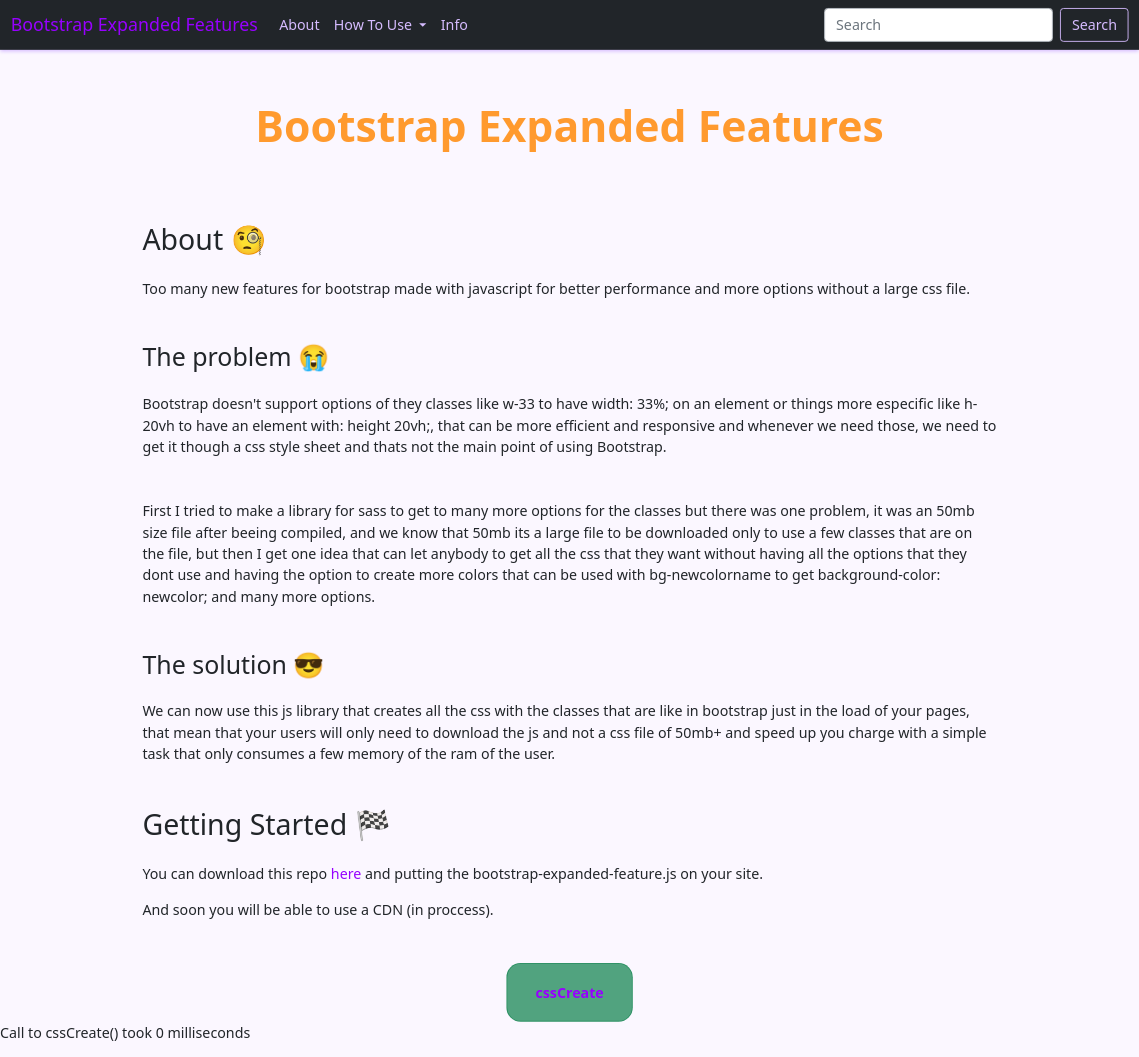
Repository: LynxPardelle/bootstrap-expanded-features
Page: index.html
These files come from the project's save history. The page is drawn as it stood at one moment and after the next save; the edit follows.
The browser window is 1280 px wide. The pictures show the whole page, at 89% of full size.

Above is the page before, as saved 2021-12-31 07:27:25.

### index.html
<!DOCTYPE html>
<html lang="es">
  <head>
    <meta charset="UTF-8" />
    <meta http-equiv="X-UA-Compatible" content="IE=edge" />
    <meta name="viewport" content="width=device-width, initial-scale=1.0" />
    <title>Bootstrap Expanded Features</title>
    <link
      href="https://cdn.jsdelivr.net/npm/bootstrap@5.1.3/dist/css/bootstrap.min.css"
      rel="stylesheet"
      integrity="sha384-1BmE4kWBq78iYhFldvKuhfTAU6auU8tT94WrHftjDbrCEXSU1oBoqyl2QvZ6jIW3"
      crossorigin="anonymous"
    />
    <link rel="stylesheet" href="./style.css" />
  </head>
  <body class="bef bef-bg-futurePop__OPA__0_03">
    <header>
      <nav
        class="
          navbar navbar-expand-lg navbar-dark
          bg-dark
          align-items-center
          bef
          bef-boxShadow-0px__2px__4px__lavender
          position-fixed
          top-0
          w-100
        "
      >
        <div class="container-fluid">
          <a class="navbar-brand bef bef-text-futurePop" href="#"
            >Bootstrap Expanded Features</a
          >
          <button
            class="navbar-toggler"
            type="button"
            data-bs-toggle="collapse"
            data-bs-target="#navbarSupportedContent"
            aria-controls="navbarSupportedContent"
            aria-expanded="false"
            aria-label="Toggle navigation"
          >
            <span class="navbar-toggler-icon"></span>
          </button>
          <div class="collapse navbar-collapse" id="navbarSupportedContent">
            <ul class="navbar-nav me-auto mb-lg-0">
              <li class="nav-item">
                <a class="nav-link bef bef-text-lavender" href="#about"
                  >About</a
                >
              </li>
              <li class="nav-item dropdown">
                <a
                  class="nav-link bef bef-text-lavender dropdown-toggle"
                  href="#howToUse"
                  id="navbarDropdown"
                  role="button"
                  data-bs-toggle="dropdown"
                  aria-expanded="false"
                >
                  How To Use
                </a>
                <ul
                  class="dropdown-menu dropdown-menu-dark"
                  aria-labelledby="navbarDropdown"
                >
                  <li>
                    <a class="dropdown-item bef bef-text-lavender" href="#"
                      >Action</a
                    >
                  </li>
                  <li>
                    <a class="dropdown-item bef bef-text-lavender" href="#"
                      >Another action</a
                    >
                  </li>
                  <li><hr class="dropdown-divider" /></li>
                  <li>
                    <a class="dropdown-item bef bef-text-lavender" href="#"
                      >Something else here</a
                    >
                  </li>
                </ul>
              </li>
              <li class="nav-item">
                <a class="nav-link bef bef-text-lavender" href="#Info">Info</a>
              </li>
            </ul>
            <form class="d-flex">
              <input
                id="searchInput"
                class="form-control me-2"
                type="search"
                placeholder="Search"
                aria-label="Search"
              />
              <button class="btn bef bef-btnOutline-lavender">Search</button>
            </form>
          </div>
        </div>
      </nav>

      <h1
        class="
          text-center
          d-block
          bef bef-w-85vw bef-w-md-75vw bef-fs-2rem bef-fs-md-3rem
          bef-m-7rem__auto__5rem
          bef-text-summer
          fw-bolder
        "
      >
        Bootstrap Expanded Features
      </h1>
    </header>

    <div>
      <main class="bef bef-w-85vw bef-wmx-1000px bef-w-md-75vw mx-auto">
        <section>
          <a id="about"></a>
          <h2>About 🧐</h2>
          <article>
            <p class="mt-4 mb-5 text-start">
              Too many new features for bootstrap made with javascript for
              better performance and more options without a large css file.
            </p>
          </article>
          <article>
            <h3>The problem 😭</h3>
            <p class="mt-4 mb-5 text-start">
              Bootstrap doesn't support options of they classes like w-33 to
              have width: 33%; on an element or things more especific like
              h-20vh to have an element with: height 20vh;, that can be more
              efficient and responsive and whenever we need those, we need to
              get it though a css style sheet and thats not the main point of
              using Bootstrap.
            </p>
            <p class="mt-4 mb-5 text-start">
              First I tried to make a library for sass to get to many more
              options for the classes but there was one problem, it was an 50mb
              size file after beeing compiled, and we know that 50mb its a large
              file to be downloaded only to use a few classes that are on the
              file, but then I get one idea that can let anybody to get all the
              css that they want without having all the options that they dont
              use and having the option to create more colors that can be used
              with bg-newcolorname to get background-color: newcolor; and many
              more options.
            </p>
          </article>
          <article>
            <h3>The solution 😎</h3>
            <p class="mt-4 mb-5 text-start">
              We can now use this js library that creates all the css with the
              classes that are like in bootstrap just in the load of your pages,
              that mean that your users will only need to download the js and
              not a css file of 50mb+ and speed up you charge with a simple task
              that only consumes a few memory of the ram of the user.
            </p>
          </article>
        </section>
        <section>
          <a id="getting_started"></a>
          <h2>Getting Started 🏁</h2>
          <article>
            <p class="mt-4 mb-3 text-start bef bef-link-futurePop">
              You can download this repo
              <a
                class="text-decoration-none"
                href="https://github.com/LynxPardelle/bootstrap-expanded-features.git"
                target="_blank"
                >here</a
              >
              and putting the bootstrap-expanded-feature.js on your site.
            </p>
            <p class="mt-3 mb-5 text-start bef bef-link-futurePop">
              And soon you will be able to use a CDN (in proccess).
            </p>
          </article>
        </section>
      </main>
      <aside></aside>
    </div>

    <footer>
      <a id="#info"></a>
      <button
        class="
          btn
          bef
          bef-btn-success__OPA__0_75
          bef-text-futurePop
          fw-bold
          d-block
          mx-auto
          bef-p-1_25rem__2rem
          bef-rounded-1rem
        "
        onclick="cssCreate()"
      >
        cssCreate
      </button>

      <div id="befTimer"></div>
    </footer>

    <!--
Classes:
w width
h height
wmx max-width
hmx max-height
wmn min-width
hmn min-height
rounded border-radius
z z-index
opacity opacity
top top
bottom bottom
end left
start right
fs font-size
lh line-height
gap gap
p padding
m margin
border border-width
borderStyle border-style

bg background-color
text color
link a color
borderColor border-color
btn background-color border-color box-shadow
btnOutline border-color box-shadow
boxShadow box-shadow
textShadow text-shadow

Sides:
s left
e right
t top
b bottom
x left & right
y top & bottom

BreakPoints:
sm 576
md 768
lg 992
xl 1200
xxl 1400
-->
    <script
      src="https://cdn.jsdelivr.net/npm/bootstrap@5.1.3/dist/js/bootstrap.bundle.min.js"
      integrity="sha384-ka7Sk0Gln4gmtz2MlQnikT1wXgYsOg+OMhuP+IlRH9sENBO0LRn5q+8nbTov4+1p"
      crossorigin="anonymous"
    ></script>
    <script>
      var colors = {
        monster: "#00AA00",
        futurePop: "#9700FF",
      };
    </script>
    <script src="./bootstrap-expanded-features.js"></script>
  </body>
</html>

Loaded but not shown: bootstrap-expanded-features.js (library); style.css (no stored copy; drawn as an empty file)

After the next save:
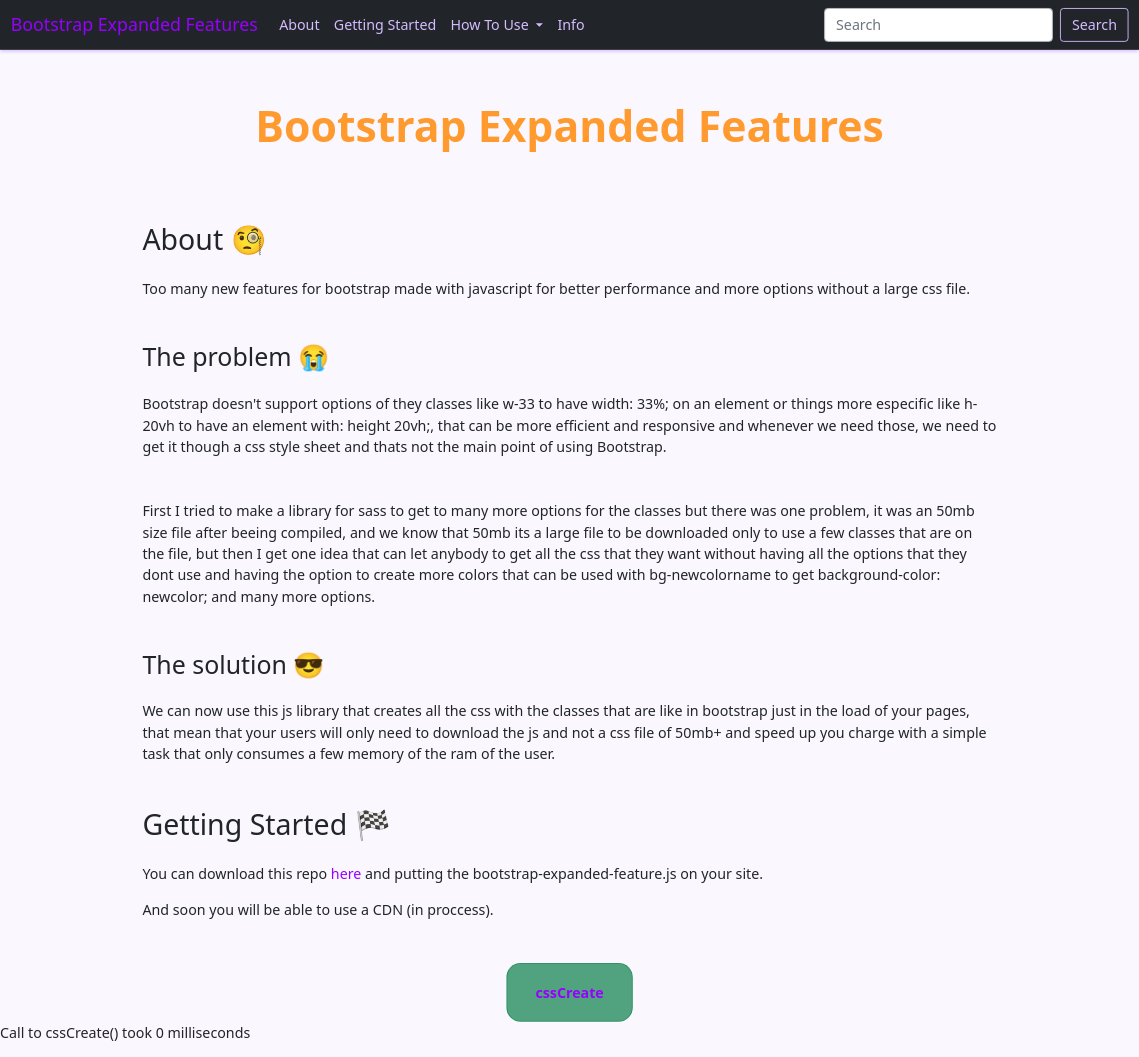
Saved 41 s later.
--- a/index.html
+++ b/index.html
@@ -49,6 +49,11 @@
                   >About</a
                 >
               </li>
+              <li class="nav-item">
+                <a class="nav-link bef bef-text-lavender" href="#getting_started"
+                  >Getting Started</a
+                >
+              </li>
               <li class="nav-item dropdown">
                 <a
                   class="nav-link bef bef-text-lavender dropdown-toggle"
